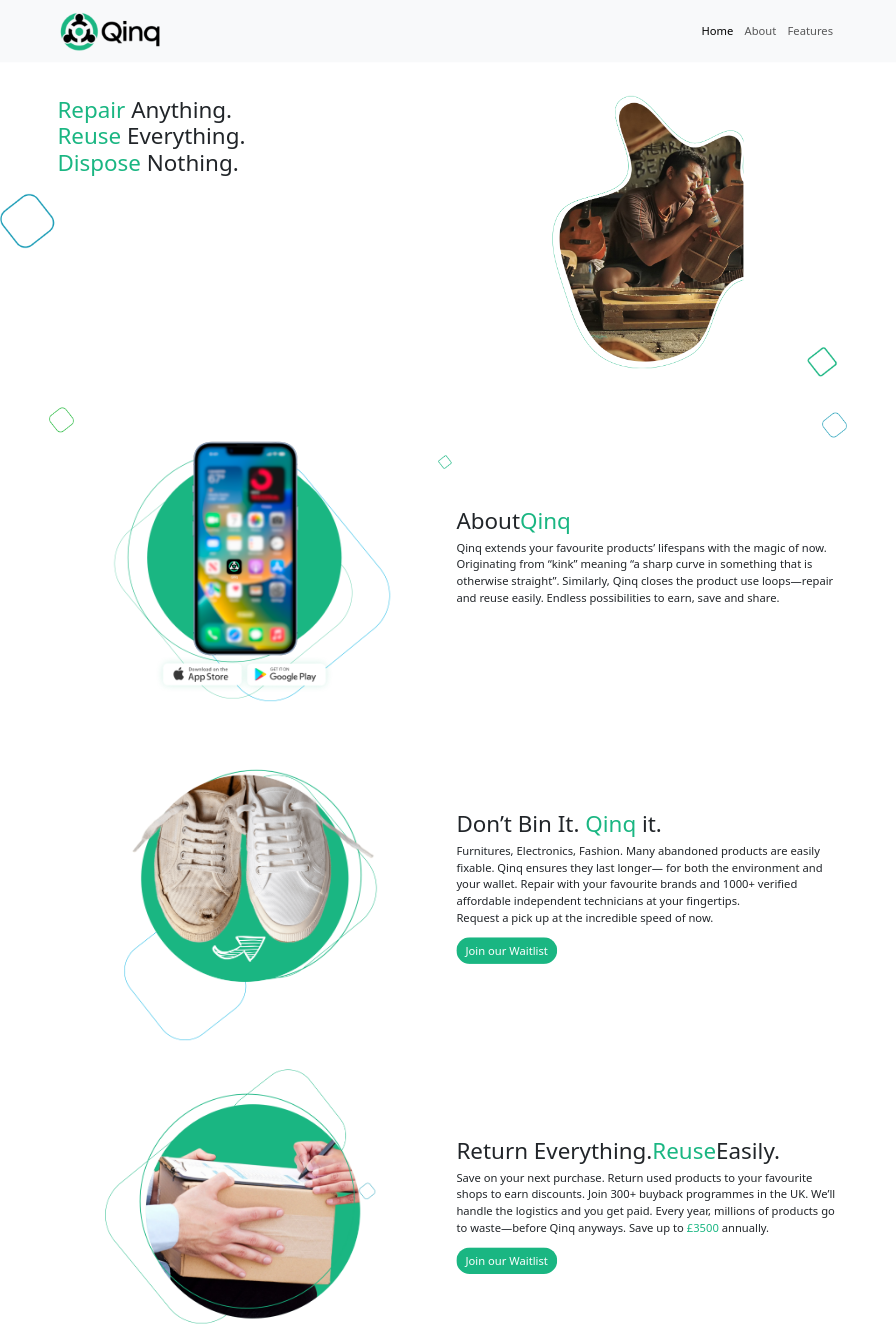
Repository: HelloQinq2023/qinq.github.io
Page: index.html
The author's editor kept a copy of each file at every save. The page is drawn from the files as they stood at one save, then again after the next save.
The browser window is 1280 px wide. The pictures show the part of the page from y = 0 to 1920 px (the page is 3170 px tall), at 70% of full size.

Above is the page before, as saved 2023-02-22 17:25:55.

After the next save:
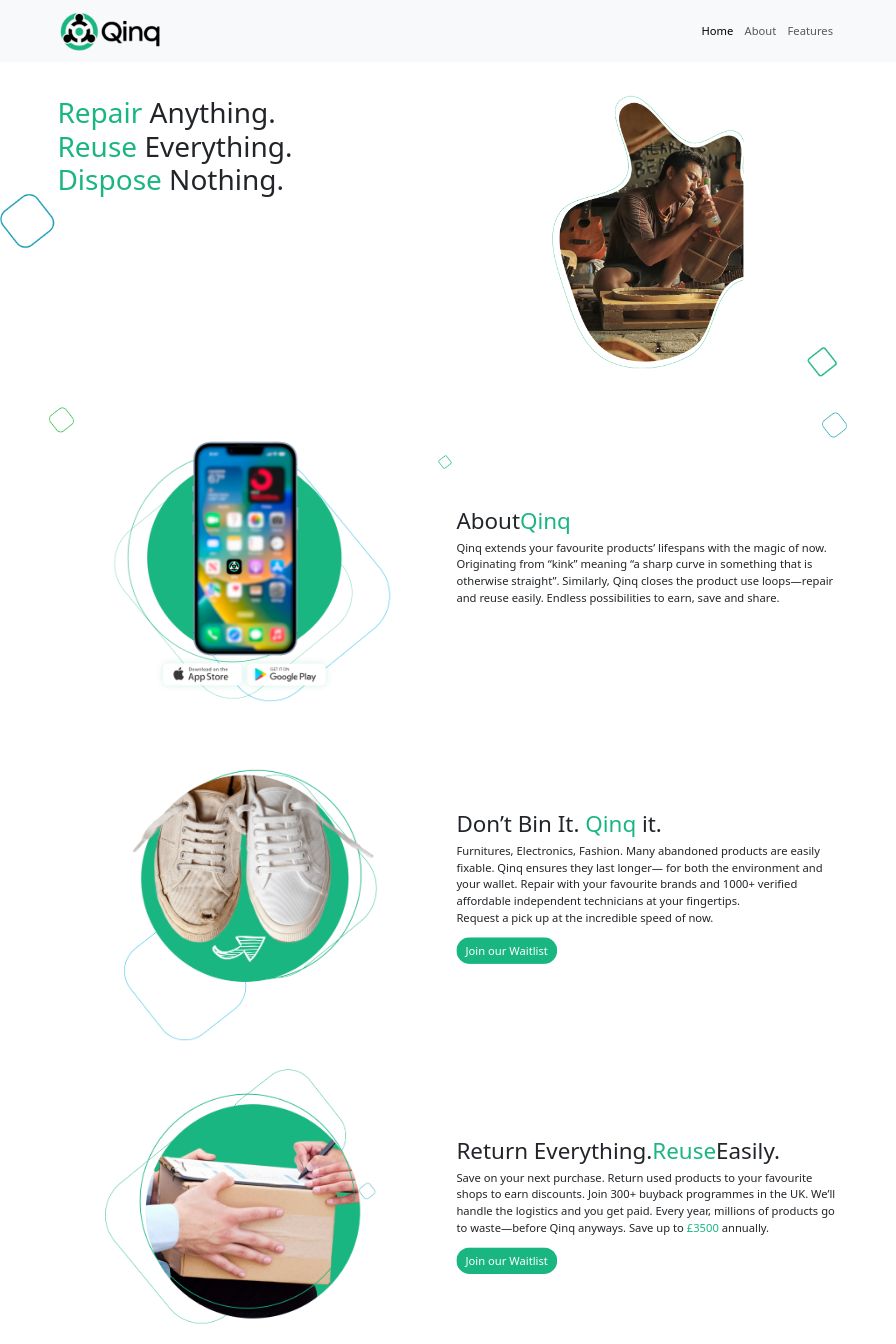
Saved 19 s later.
--- a/index.html
+++ b/index.html
@@ -34,11 +34,11 @@
         <div class="container">
             <div class="row">
                 <div class="col-md-6">
-                    <h2>
+                    <h1>
                         <span class="green">Repair</span> Anything. <br>
                         <span class="green">Reuse</span> Everything.<br>
                         <span class="green">Dispose</span> Nothing.
-                    </h2>
+                    </h1>
                 </div>
                 <div class="col-md-6 d-flex justify-content-center align-items-center">
                     <img src="images/wm2.png" class="w-50 img-responsive img-fluid img">
